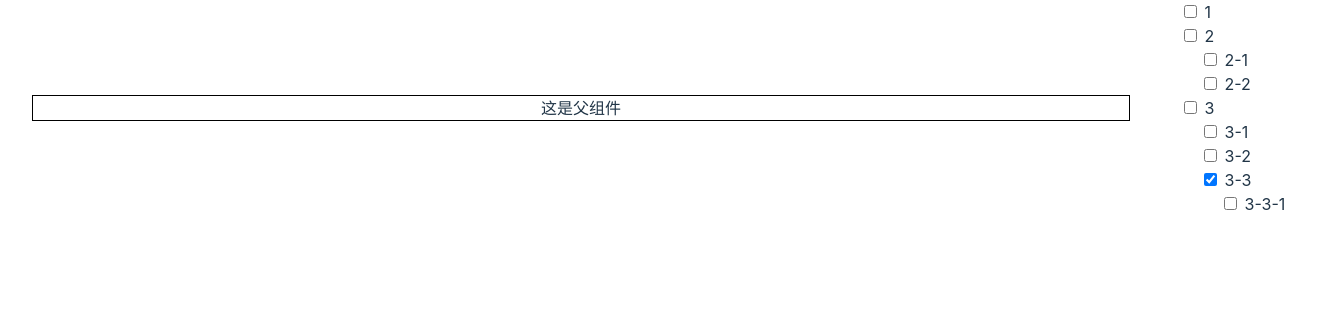
Repository: LeeypOR/management-system
Page: /
The author's editor kept a copy of each file at every save. The page is drawn from the files as they stood at one save, then again after the next save.
The browser window is 1280 px wide. The page is 1320 px wide, then 1280 px, so the pictures cover 1320 px, including what lies to the right of the window. The pictures show the whole page.
The project was rebuilt for these pictures with package versions that can differ from the ones it lists, and the page was loaded fresh each time. Also part of the build but not shown: vite.config.ts.

Above is the page before, as saved 2023-02-23 18:22:28.
Console error: SyntaxError: Cannot use import statement outside a module

### index.html
<!DOCTYPE html>
<html lang="en">
  <head>
    <meta charset="UTF-8" />
    <link rel="icon" type="image/svg+xml" href="/vite.svg" />
    <script text="module" charset="UTF-8" src="./src/three.js/Three.js"></script>
    <meta name="viewport" content="width=device-width, initial-scale=1.0" />
    <title>Vite + Vue + TS</title>
  </head>
  <body>
    <div id="app" style="width: 100%;height: 100%;"></div>
    <script type="module" src="/src/main.ts"></script>
  </body>
</html>

### src/main.ts
import { createApp } from 'vue'
import './style.css'
import App from './App.vue'





createApp(App).mount('#app')

### src/style.css
:root {
  font-family: Inter, Avenir, Helvetica, Arial, sans-serif;
  font-size: 16px;
  line-height: 24px;
  font-weight: 400;

  color-scheme: light dark;
  color: rgba(255, 255, 255, 0.87);
  background-color: #242424;

  font-synthesis: none;
  text-rendering: optimizeLegibility;
  -webkit-font-smoothing: antialiased;
  -moz-osx-font-smoothing: grayscale;
  -webkit-text-size-adjust: 100%;
}

a {
  font-weight: 500;
  color: #646cff;
  text-decoration: inherit;
}
a:hover {
  color: #535bf2;
}

body {
  margin: 0;
  display: flex;
  place-items: center;
  min-width: 320px;
  min-height: 100%;
}

h1 {
  font-size: 3.2em;
  line-height: 1.1;
}

button {
  border-radius: 8px;
  border: 1px solid transparent;
  padding: 0.6em 1.2em;
  font-size: 1em;
  font-weight: 500;
  font-family: inherit;
  background-color: #1a1a1a;
  cursor: pointer;
  transition: border-color 0.25s;
}
button:hover {
  border-color: #646cff;
}
button:focus,
button:focus-visible {
  outline: 4px auto -webkit-focus-ring-color;
}

.card {
  padding: 2em;
}

#app {
  max-width: 1280px;
  margin: 0 auto;
  padding: 2rem;
  text-align: center;
}

@media (prefers-color-scheme: light) {
  :root {
    color: #213547;
    background-color: #ffffff;
  }
  a:hover {
    color: #747bff;
  }
  button {
    background-color: #f9f9f9;
  }
}

### src/App.vue


<template>
  <!-- <div class="base" v-for="item in Arr" :key="item">
    {{item.name}}
  </div> -->
  <!-- <HelloWorld></HelloWorld> -->
  <!-- <Watch></Watch> -->
  <Index></Index>
</template>

<script setup lang="ts">
// This starter template is using Vue 3 <script setup> SFCs
// Check out https://vuejs.org/api/sfc-script-setup.html#script-setup
// import HelloWorld from './components/HelloWorld.vue'
// import Watch from './components/Watch.vue'
import Index from './pages/index.vue'

</script>

<style scoped>
body{
  width: 100%;
  height: 100%;
}
#app{
  width: 100%;
  height: 100%;
}
.logo {
  height: 6em;
  padding: 1.5em;
  will-change: filter;
}
.logo:hover {
  filter: drop-shadow(0 0 2em #646cffaa);
}
.logo.vue:hover {
  filter: drop-shadow(0 0 2em #42b883aa);
}
</style>

### src/pages/index.vue
<template>
  <div class="index">
    <header>
      这是父组件
    </header>
    <Teleport to="body">
      <Children1 :data="data"></Children1>
    </Teleport>
    <div>

    </div>
  </div>
</template>


<script setup lang="ts">
import Children1 from '../components/Children1.vue'
import {reactive} from 'vue'

interface Tree {
  name:string,
  checked:boolean,
  children?:Tree[]
}

const data = reactive<Tree[]>([
  {
    name:'1',
    checked:false,
  },
  {
    name:'2',
    checked:false,
    children:[
      {
        name:'2-1',
        checked:false
      },
      {
        name:'2-2',
        checked:false
      },
    ]
  },
  {
    name:'3',
    checked:false,
    children:[
      {
        name:'3-1',
        checked:false
      },
      {
        name:'3-2',
        checked:false
      },
      {
        name:'3-3',
        checked:true,
        children:[
          {
            name:'3-3-1',
            checked:false
          }
        ]
      },
    ]
  }
])
</script>

<style  scoped>
  .index{
    border: 1px solid #000;
    width: 100%;
    height: 100%;
  }
</style>

### src/components/Children1.vue
<template>
  <div class="children1">

    <div v-for="item in data">
      <input type="checkbox" v-model="item.checked"> <span>{{ item.name }}</span>
      <Children1 v-if="item?.children?.length" :data="item?.children"></Children1>
    </div>
  </div>
</template>

<script setup lang="ts">
import { reactive } from 'vue'

interface Tree {
  name: string,
  checked: boolean,
  children?: Tree[]
}

defineProps<{
  data?:Tree[]
}>()
</script>

<style>
  .children1{
    width: 100px;
    /* float:right; */
    margin-left: 20px;
  }
</style>

Loaded but not shown: src/three.js/Three.js (library)

After the next save:
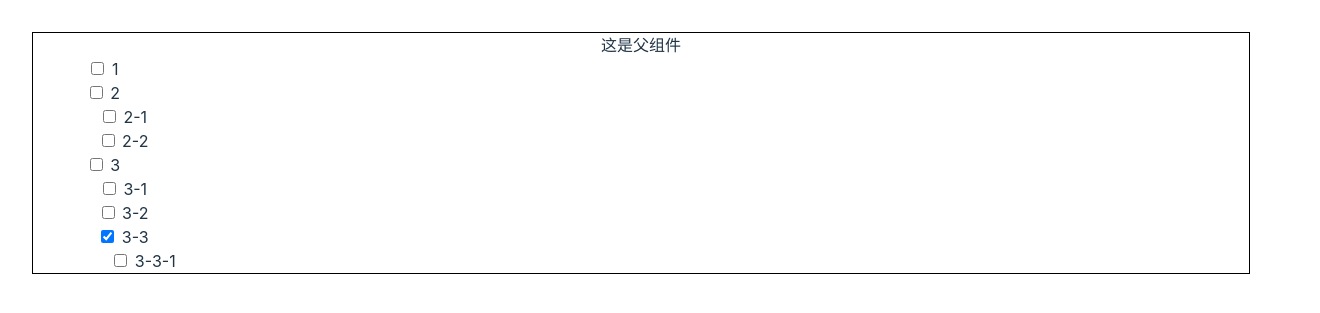
Saved 15 min 48 s later.
--- a/src/pages/index.vue
+++ b/src/pages/index.vue
@@ -3,11 +3,11 @@
     <header>
       这是父组件
     </header>
-    <Teleport to="body">
+    <!-- <Teleport to="body">
+
+    </Teleport> -->
+    <div>
       <Children1 :data="data"></Children1>
-    </Teleport>
-    <div>
-
     </div>
   </div>
 </template>
